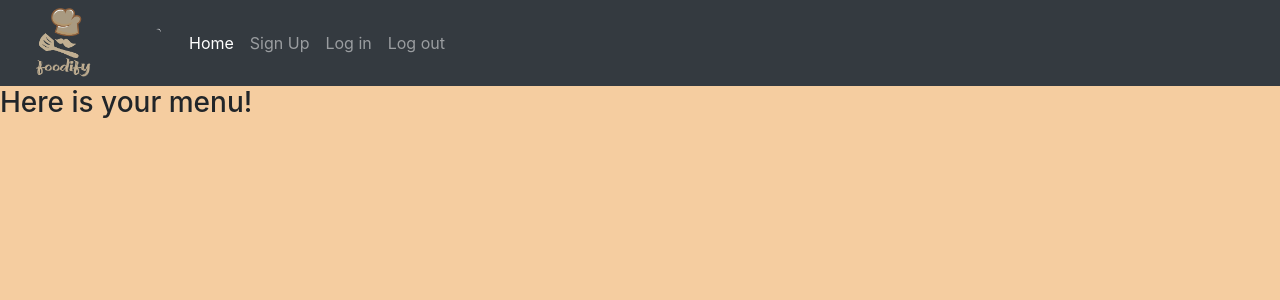
Repository: RanaHisham18/Foodify-Web-App
Page: Project IA raghda/usermenu.html
These files come from the project's save history. The page is drawn as it stood at one moment and after the next save; the edit follows.
The browser window is 1280 px wide. The pictures show the whole page.

Above is the page before, as saved 2022-01-06 18:18:21.

### Project IA raghda/usermenu.html
<!DOCTYPE html>
<html lang="en">
<head>
    <meta charset="UTF-8">
    <meta http-equiv="X-UA-Compatible" content="IE=edge">
    <meta name="viewport" content="width=device-width, initial-scale=1.0">
    <link rel="stylesheet" href="https://maxcdn.bootstrapcdn.com/bootstrap/4.0.0/css/bootstrap.min.css"
     integrity="sha384-Gn5384xqQ1aoWXA+058RXPxPg6fy4IWvTNh0E263XmFcJlSAwiGgFAW/dAiS6JXm" crossorigin="anonymous">
     <link rel ="stylesheet" href="usermenu.css">
    <title>Document</title>
</head>
<body>
    <!--Navigation Bar-->
 <nav class="navbar navbar-expand-lg navbar-dark bg-dark sticky-top">
    <img class="image" src="images/foodify.png" alt="Foodify logo">

       <button class="navbar-toggler" type="button" data-bs-toggle="collapse" data-bs-target="#navbarScroll" aria-controls="navbarScroll" aria-expanded="false" aria-label="Toggle navigation">
         <span class="navbar-toggler-icon"></span>
       </button>
     <div class="container-fluid">
         <div class="collapse navbar-collapse" id="navbarScroll">
           <ul class="navbar-nav me-auto my-2 my-lg-0 navbar-nav-scroll" style="--bs-scroll-height: 100px;">
             <li class="nav-item">
               <a class="nav-link active" aria-current="page" href="home.php">Home</a>
             </li>
             <li class="nav-item">
               <a class="nav-link" href="register.php">Sign Up</a>
             </li>
             <li class="nav-item">
               <a class="nav-link" href="login.php">Log in</a>
             </li>
             <li class="nav-item">
               <a class="nav-link" href="login.php">Log out</a>

             </li>
           </ul>

         </div>
       </div>
   </nav>

   <h3>Here is your menu!</h3>
</body>
</html>

### Project IA raghda/usermenu.css
.image{
    cursor: pointer;
    height:70px;
     width:130px;
    margin-left: 20px;
  }
  .scroll{
      margin-top:200px;
      margin-left:50px;
  }
body
{
    background-color: #f5cda0;
}
h2{
    text-align: center;
    margin-top:  20px;
}

After the next save:
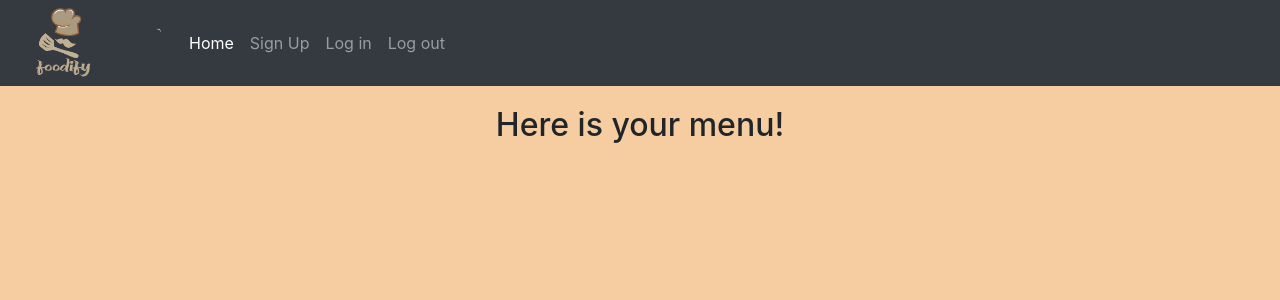
Saved 5 s later.
--- a/Project IA raghda/usermenu.html
+++ b/Project IA raghda/usermenu.html
@@ -39,6 +39,6 @@
        </div>
    </nav>
 
-   <h3>Here is your menu!</h3>
+   <h2>Here is your menu!</h2>
 </body>
 </html>
